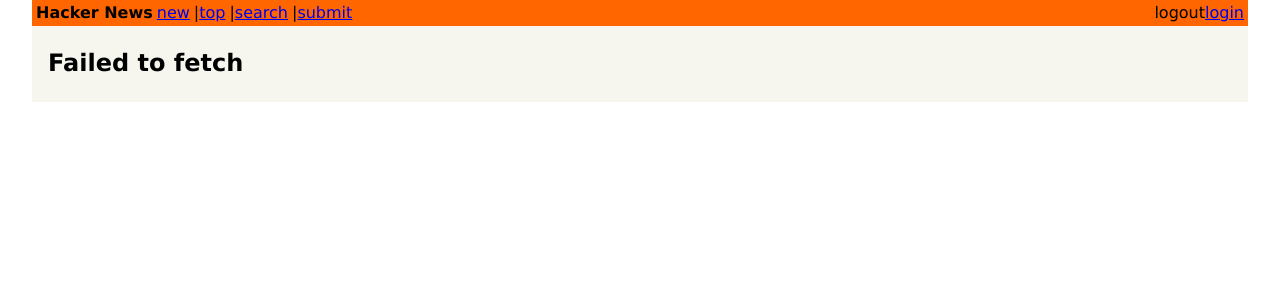
Repository: Demeter-Chronos/hackernews
Page: /
These files come from the project's save history. The page is drawn as it stood at one moment and after the next save; the edit follows.
The browser window is 1280 px wide. The pictures show the whole page.
The project was rebuilt for these pictures with package versions that can differ from the ones it lists, and the page was loaded fresh each time. The framework's server and built-in components were replaced by stand-ins that run in the browser. Also part of the build but not shown: next.config.js, src/components/link.tsx.

Above is the page before, as saved 2022-05-07 10:15:12.

After the next save:
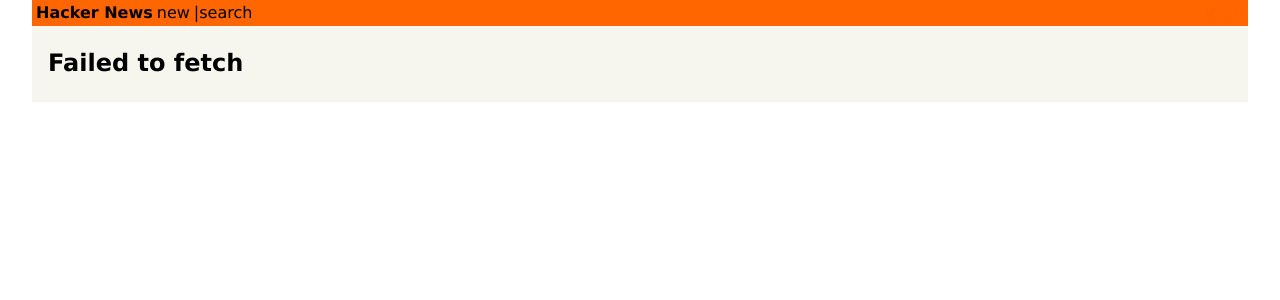
Saved 60 s later.
--- a/src/components/header.tsx
+++ b/src/components/header.tsx
@@ -9,48 +9,53 @@ export default function Header() {
   return (
     <header>
       <div className="flex pa1 justify-between nowrap orange">
-        <div className="flex flex-fixed black">
-          <Link href="/" className="no-underline black">
-            <div className="fw7 mr1">Hacker News</div>
-          </Link>
-          <Link href="/" className="ml1 no-underline black">
-            new
-          </Link>
-          <div className="ml1">|</div>
-          <Link href="/top" className="ml1 no-underline black">
-            top
-          </Link>
-          <div className="ml1">|</div>
-          <Link
-            href="/search"
-            className="ml1 no-underline black"
-          >
-            search
-          </Link>
+      <div className="flex flex-fixed black">
+        <Link to="/" className="no-underline black">
+          <div className="fw7 mr1">Hacker News</div>
+        </Link>
+        <Link to="/" className="ml1 no-underline black">
+          new
+        </Link>
+        <div className="ml1">|</div>
+        <Link
+          to="/search"
+          className="ml1 no-underline black"
+        >
+          search
+        </Link>
+        {authToken && (
           <div className="flex">
             <div className="ml1">|</div>
             <Link
-              href="/create"
+              to="/create"
               className="ml1 no-underline black"
             >
               submit
             </Link>
           </div>
-        </div>
-        <div className="flex flex-fixed">
+        )}
+      </div>
+      <div className="flex flex-fixed">
+        {authToken ? (
           <div
             className="ml1 pointer black"
+            onClick={() => {
+              localStorage.removeItem(AUTH_TOKEN);
+              navigate(`/`);
+            }}
           >
             logout
           </div>
+        ) : (
           <Link
-            href="/login"
+            to="/login"
             className="ml1 no-underline black"
           >
             login
           </Link>
-        </div>
+        )}
       </div>
+    </div>
     </header>
   );
 };
